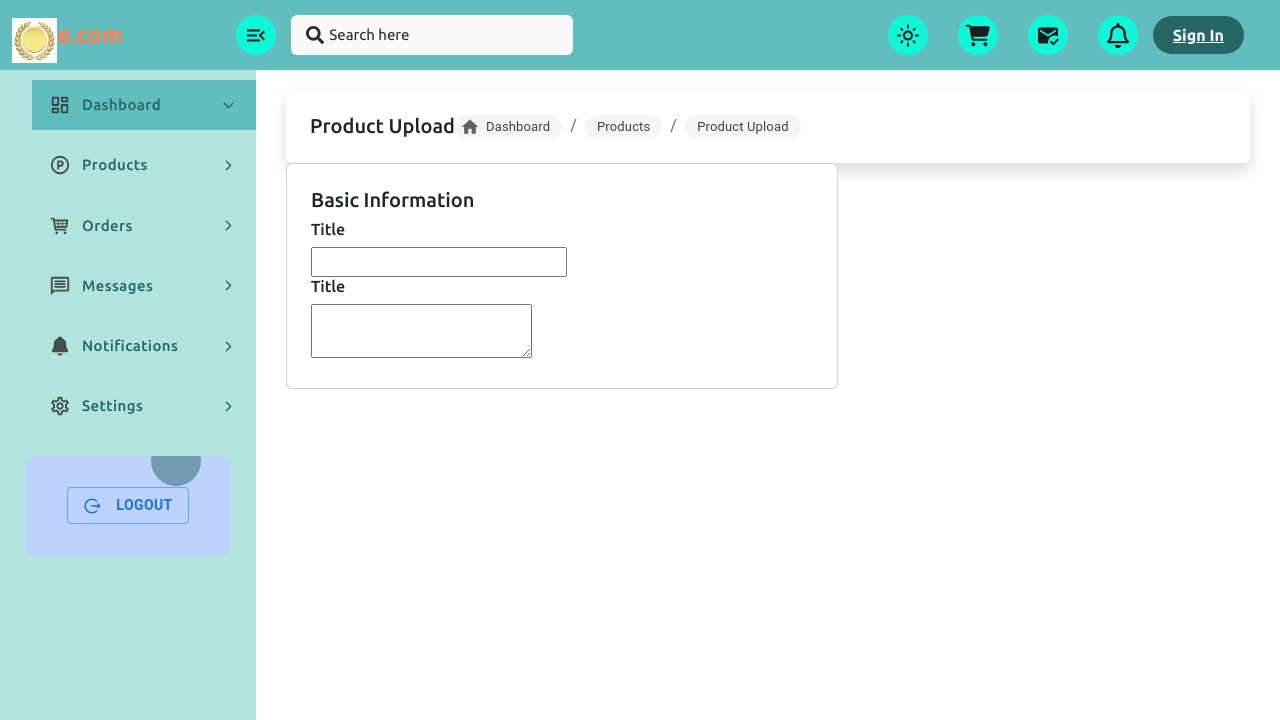
Repository: gautamsonam011/admin-react-dashboard
Page: /product/upload
These files come from the project's save history. The page is drawn as it stood at one moment and after the next save; the edit follows.
The browser window is 1280 px wide. The pictures show the whole page.
The project was rebuilt for these pictures with package versions that can differ from the ones it lists, and the page was loaded fresh each time. Also part of the build but not shown: src/components/DashboardBox.jsx, src/pages/Dashboard/Dashboard.jsx, src/pages/Login/index.jsx, src/pages/SignUp/index.jsx, src/pages/ProductDetails/index.jsx.

Above is the page before, as saved 2025-04-29 22:52:20.

### src/App.css
@import url('https://fonts.googleapis.com/css2?family=Ubuntu:ital,wght@0,300;0,400;0,500;0,700;1,300;1,400;1,500;1,700&display=swap');

body{
  font-family: "Ubuntu", sans-serif !important;
  background-color: #f4f8f7;

}
body.dark{background: #071739 !important;}

header{
  width:100%;
  height: 70px;
  background-color:#62bebe;
  position: fixed;
  top:0px;
  left:0px;
  z-index: 1000;
}
header .logo{
  text-decoration: none;
}
header .logo img{
  margin-top: 10px;
  width:45px;

}

header .logo span{
color: coral;
font-weight: bolder;
font-size: 24px;
}
body.dark header{background:#112143;}

header button.rounded-circle{min-width:40px !important; width:40px !important; height: 40px !important; background-color:#0ff7d8 !important; margin: 15px;}
header button.rounded-circle svg{color:rgb(29, 27, 27); font-size: 25px !important; transition: all 0.2s ease-in-out;}
header button.rounded-circle:hover svg{color: #2585d4 !important;}
.searchBox{width:400px; height: 40px; background-color:#faf9f9; border-radius: 6px;padding: 3px 15px;}
.searchBox input{background: transparent;border:0px; outline:none; padding-left: 5px; font-size: 15px; color:#292929}
.searchBox input::-webkit-input-placeholder{color:#292929}
.searchBox svg{font-size: 18px; color:#292929 ;}
body.dark .searchBox{background: #0d224e !important;}
body.dark .searchBox input, body.dark .searchBox input::-webkit-input-placeholder{color: #c9c0c0 !important;}
body.dark header .logo span{color:#fff !important; opacity: 0.8;}

.userImg{display: flex; align-items:center; justify-content: center; overflow: hidden; width:40px; height: 40px; border:1px solid #0ff7d8; padding: 2px; border-radius: 100%;}
.userImg .rounded-circle{display: flex; align-items:center; justify-content: center; overflow: hidden; width: 40px; height: 40px; cursor: pointer; position: relative;}
.userImg .rounded-circle .img{object-fit: cover; width: 100%;}
.userInfo{padding-left: 10px;}
.userInfo h5{font-size: 15px; font-weight: 600; margin-bottom:0px; color: #266666;}

body.dark .myAccount .userInfo *{color: rgba(255, 255, 255, 0.8) !important;}
body.dark .MuiPaper-elevation{background: #12254e !important;}
body.dark .MuiPaper-elevation li *{color: rgba(255, 255, 255, 0.8) !important;}
body.dark .dropdown_list li.MuiButtonBase-root{background-color: #12254e !important; background: #12254e !important;}
body.dark .orders{color: rgba(255, 255, 255, 0.8) !important;}
body.dark #account-menu{color: rgba(255, 255, 255, 0.8) !important;}
body.dark .main .sidebarWrapper .sidebar{background: #112143 !important;}
body.dark .main .sidebarWrapper .sidebar ul li button{color:rgba(255, 255, 255, 0.8) !important}
body.dark .main .sidebarWrapper .sidebar ul li button .icon svg{color:rgba(255, 255, 255, 0.8) !important;}
body.dark .main .sidebar ul li button:hover{background: rgba(255, 255, 255, 0.8) !important;}
#account-menu li{font-size: 14px !important;}
#account-menu li svg{font-size: 20px !important}

.dropdown-info{padding-left: 6px;}
.dropdown-info h4{font-size: 15px; font-weight:600;margin-top: 2px; white-space: break-space; line-height: 21px;}
.dropdown-info p{font-size: 10px; color: #2585d4;}

body.dark header button.rounded-circle{background: #12254e !important;}
body.dark header button.rounded-circle svg{color:#fff !important;}
/* Style for sidebar  */

.main .sidebarWrapper{width: 20%; flex: 0 0 20%; transition: all 0.3s ease-in-out;}
.main .sidebarWrapper.toggle{width: 0%; flex: 0 0 0%;}
.btn-signin{padding: 7px 20px !important; background:#266666 !important; color: #f4f8f7 !important; font-weight: bold !important; border-radius:20px !important;}
.main .sidebarWrapper .sidebar{width:20%; height: 100vh; max-height: calc(100%-70px); position:fixed; top: 70px; left:0px; background:#b1e4dd; overflow-y: scroll; overflow-x: hidden; padding-bottom: 40px; transition: all 0.3s ease-in-out;}
.main .sidebarWrapper.toggle .sidebar{left:-100%;}

.main .sidebarWrapper .sidebar::-webkit-scrollbar-thumb{background: transparent !important; width:3px;}
.main .sidebarWrapper:hover .sidebar::-webkit-scrollbar{ background:#2585d4; width:3px;}
.main .sidebarWrapper .sidebar ul{margin-bottom:0px;}
.main .sidebarWrapper .sidebar ul li{list-style: none; margin-top:10px;}
.main .sidebarWrapper .sidebar ul li button{color:#266666; text-align: left; justify-content: left; border-radius:0px !important; padding: 12px 15px !important;
  align-items: center; text-transform: capitalize !important;font-family: "Ubuntu", sans-serif !important;
  margin-left: 0px; font-size: 15px !important;
}
.main .sidebarWrapper .sidebar ul li button .icon{display: flex; align-items:center; justify-content: center; width:25px; height:25px; margin-right: 10px;}
.main .sidebarWrapper .sidebar ul li button .icon svg{color:#292929; opacity: 0.8; font-size: 22px;}
.main .sidebarWrapper .sidebar ul li button .arrow{margin-left: auto; display: flex; align-items: center; justify-content: center; width: 25px; transition: all 0.3s ease-in-out}
.main .sidebarWrapper .sidebar ul li button:hover{background:#62bebe !important;}
.main .sidebarWrapper .sidebar ul li button.active{background: #62bebe !important;}
.main .sidebarWrapper .sidebar ul li button.active .arrow{transform: rotate(90deg);}

.main .sidebarWrapper .sidebar ul .submenu{padding: 0px 45px; position:relative; height:auto;}
.main .sidebarWrapper .sidebar ul .submenu::before{content:''; width:1px; height: 95%; position: absolute; top:0px; left:25px; background:rgba(0, 0, 0, 0.1);}
body.dark .main .sidebarWrapper .sidebar ul .submenu::before{color:rgba(255, 255, 255, 0.2) !important}

.main .sidebarWrapper .sidebar ul .submenu li{width:100%; list-style: none;}
.main .sidebarWrapper .sidebar ul .submenu li a{color:#266666 !important; text-decoration: none; font-family: "Ubuntu", sans-serif !important;
display: block; padding: 6px 0px; font-size: 14px !important; font-weight: 500; transition:all 0.3s}
.main .sidebarWrapper .sidebar ul .submenu li a:hover{color:#2585d4 !important;}
body.dark .main .sidebarWrapper .sidebar ul .submenu li a:hover{color:#2585d4 !important;}
body.dark .main .sidebarWrapper .sidebar ul .submenu li a{color: rgba(255, 255, 255, 0.8) !important;}
.main .sidebarWrapper .sidebar ul .submenuWrapper{transition:all 0.3s ease-in-out; height: 0px; overflow: hidden; }
.main .sidebarWrapper .sidebar ul .submenuWrapper.colapsed .submenu{opacity:0;}

.main .sidebarWrapper .sidebar ul .submenuWrapper.colapse{height:auto; overflow: inherit;}
.main .sidebarWrapper .sidebar ul .submenuWrapper.colapse .submenu{opacity:1; height:auto;}

.logoutWrapper{padding: 0px 25px;}
.logoutWrapper .logoutBox{width:100%; height:100px; padding: 25px; background:#bcd2fd; border-radius:10px; margin-bottom:20px; display:flex; align-items: center; justify-content: center;
position:relative; overflow:hidden;}
.logoutWrapper .logoutBox::before{content:''; width:50px; height:50px; background:#266666; border-radius: 100%; position:absolute; top: -20px; right: 30px; opacity:0.5}
.logoutWrapper .logoutBox::after{content:''; width:30px; height:30px; background:#266666; border-radius: 100%; position:absolute; top: -30px; left: 30px; opacity:0.5}
.logoutWrapper .logoutBox button{font-size:14px !important; font-weight: 600 !important; }
.logoutWrapper .logoutBox button svg{margin-right: 15px; font-size:18px;}

body.dark .logoutWrapper .logoutBox{background-image: linear-gradient(#183e8c, #163474) !important; background: transparent;}

.main .content{width:80%; flex: 0 0 80%; transition: all 0.3s ease-in-out;}
.main .content.toggle{width:100%; flex: 0 0 100%;}

.dashboardBoxWrapperRow{margin-left: 20%;}
.right-content{padding: 90px 30px;}
.dashboardBoxWrapper{gap: 15px; width:100%; flex-wrap: wrap;}
.dashboardBoxWrapper .dashboardBox{width:48%; height: 170px; border-radius:10px; overflow: hidden; padding:20px; display: flex; flex-direction: column; justify-content: space-around; text-align: left !important; justify-content: flex-start;}
.dashboardBoxWrapperRow .box{width:100%; height: 100%; background:#0ff7d8;}

.dashboardBoxWrapper .dashboardBox .col1 h4{font-size: 20px; font-weight: 600;}
.dashboardBoxWrapper .dashboardBox .col1 span{font-size: 40px; font-weight: bold;}
.dashboardBoxWrapper .dashboardBox .icon { margin-left: 180px; display: flex; align-items:center; justify-content: center; width:45px; height: 45px; border-radius:5px; background-image: linear-gradient(to bottom right, rgba(0, 0, 0, 0), rgba(0, 0, 0, 0.2));}
.dashboardBoxWrapper .dashboardBox .icon svg{font-size: 45px; opacity: 0.1; color:#f4f8f7}

.dashboardBoxWrapper .dashboardBox button.toggleIcon {font-size: 22px; color:rgba(0,0,0,0.5); cursor: pointer; min-width: 40px !important; width: 40px !important; height: 40px !important; border-radius: 50% !important; margin-left: 170px; border-right: none; opacity: 0.3;}

.dashboardBoxWrapperRow .dashboardBoxWrapper .dashboardBox .chart{position:absolute; opacity: 0.1;}
.dashboardBoxWrapperRow .dashboardBoxWrapper .dashboardBox .chart svg{font-size: 150px; color: #000;}

/*  style for Login page */

.loginSection{
  width: 100%; height: 120hv; padding: 35px 25px;
  background:#f4f8f7; position: relative;
}
.loginbgimage{width:100%; height: 100%; opacity: 0.4; position: fixed; top: 0; left: 0; z-index: 99; pointer-events: none;}
.loginSection .loginBox{width: 400px; height: auto; margin: auto;}
.loginSection .loginBox .wrapper{width:100%; height: auto; background: #98becf;}
.full{max-width: 100% !important; flex: 0 0 100% !important; width: 100% !important;}
.loginSection .loginBox .wrapper .form-control{box-shadow: none !important; outline: none !important; padding-left: 40px;}
.loginSection .loginBox .wrapper .form-control:focus{border: 1px solid #0858f7 !important;}
.loginSection .loginBox .wrapper .form-group .icon{position: absolute; top: 6px; left: 15px; z-index: 100;}
.loginSection .loginBox .wrapper .form-group.focus .icon svg{color:#0858f7 !important;}
.loginSection .loginBox .wrapper .form-group .icon svg{color:#5e5d72;}
.toggleShowPassword{position: absolute; top: 5px; right: 10px; cursor: pointer;}
.toggleShowPassword svg{font-size: 22px;}
.btn-big{padding: 8px 25px !important; background:#0858f7 !important; color:#b1e4dd !important; font-size: 16px !important;}
.forgotPassword{color: #5e5d72; text-decoration: none;}
.forgotPassword:hover{color:#0858f7 !important;}
.loginSection .loginBox .wrapper .link{font-size: 14px;}
.loginSection .loginBox .wrapper .or span.line{display: block; width: 35%; height: 1px; background: rgba(0, 0, 0, 0.2);}
.loginSection .loginBox .wrapper .or span.txt{display: flex; align-items: center; justify-content: center; font-size: 16px; font-weight: 600; width: 50px; height: 50px; border: 1px solid rgba(0, 0, 0, 0.2); border-radius: 50%;}
.loginSection .loginBox .wrapper .form-group{margin-bottom: 12px;}
.loginwithGoogle{text-transform: capitalize !important; font-weight: bold !important;}
/* Registration Form */
.signupSection{background: #f1f1f1 !important; padding: 0px 0px; height: auto !important;}
.signupSection .loginBox{background: #f0f0f0 !important; position:relative; z-index: 100; width:100% !important; padding: 5px 25px !important;}
.signupSection .loginBox .wrapper{border: 0px !important; background: transparent !important; padding-top: 10px !important;}
.signupSection .part1{padding-left: 100px; margin-top: 150px !important; padding-right: 100px; }

h1, h2, h3, h4, h5, h6, p{color:#403e57;}
.signupSection .part1 h1{font-size: 40px; font-weight: bolder;}
.signupSection .part1 p{ font-size: 18px; font-weight: 600;}

### src/components/Sidebar/index.jsx
import Button from '@mui/material/Button';
import { RiDashboardLine } from "react-icons/ri";
import { IoIosArrowForward } from "react-icons/io";
import { TbBrandProducthunt } from "react-icons/tb";
import { TiShoppingCart } from "react-icons/ti";
import { MdOutlineMessage } from "react-icons/md";
import { IoNotifications } from "react-icons/io5";
import { MdOutlineSettings } from "react-icons/md";
import { Link } from 'react-router-dom';
import React, { useState} from "react";
import { RiLogoutCircleRLine } from "react-icons/ri";
// import { MyContext } from '../../App';

const Sidebar = () =>{
    const [activeTab, setActiveTab] = useState(0);
    const [isToggleSubmenu, setIsToggleSubmenu] = useState(false);

    // const context = useContext(MyContext);

    const isOpenSubmenu = (index) =>{
        setActiveTab(index);
        setIsToggleSubmenu(!isToggleSubmenu);


    }

    return(
        <div className="sidebar">
            <ul>
                <li>
                    <Link to="/">
                    <Button className={`w-100 ${activeTab === 0 ? 'active' : ''}`} onClick={()=>isOpenSubmenu(0)}>
                        <span className='icon'><RiDashboardLine/></span>
                        Dashboard
                        <span className="arrow"><IoIosArrowForward/></span>
                    </Button>
                    </Link>
                </li>
                <li>
                    <Button className={`w-100 ${activeTab === 1 && isToggleSubmenu===true ?  'active' : ''}`} onClick={()=>isOpenSubmenu(1)}>
                        <span className='icon'><TbBrandProducthunt/></span>
                        Products
                        <span className="arrow"><IoIosArrowForward/></span>
                    </Button>
                    <div className={`submenuWrapper ${activeTab===1 && isToggleSubmenu===true ? 'colapse':'colapsed'}`}>
                    <ul className='submenu'>
                        <li><Link to="/product/upload">Product Add</Link></li>
                        <li><Link to="#">Product List</Link></li>
                        <li><Link to="#">Product View</Link></li>
                    </ul>
                    </div>
                </li>
                <li>
                    <Link to="/">
                    <Button className={`w-100 ${activeTab === 2 ? 'active' : ''}`} onClick={()=>isOpenSubmenu(2)}>
                        <span className='icon'><TiShoppingCart/></span>
                        Orders
                        <span className="arrow"><IoIosArrowForward/></span>
                    </Button>
                    </Link>
                </li>
                <li>
                    <Link to="/">
                    <Button className={`w-100 ${activeTab === 3 ? 'active' : ''}`} onClick={()=>isOpenSubmenu(3)}>
                        <span className='icon'><MdOutlineMessage/></span>
                        Messages
                        <span className="arrow"><IoIosArrowForward/></span>
                    </Button>
                    </Link>
                </li>
                <li>
                    <Link to="/">
                    <Button className={`w-100 ${activeTab === 4 ? 'active' : ''}`} onClick={()=>isOpenSubmenu(4)}>
                        <span className='icon'><IoNotifications/></span>
                        Notifications
                        <span className="arrow"><IoIosArrowForward/></span>
                    </Button>
                    </Link>
                </li>
                <li>
                    <Link to="/">
                    <Button className={`w-100 ${activeTab === 5 ? 'active' : ''}`} onClick={()=>isOpenSubmenu(5)}>
                        <span className='icon'><MdOutlineSettings /></span>
                        Settings
                        <span className="arrow"><IoIosArrowForward/></span>
                    </Button>
                    </Link>
                </li>
            </ul>
            <br/>
            <div className="logoutWrapper">
                <div className="logoutBox">
            <Button variant="outlined"> <RiLogoutCircleRLine/>Logout</Button>
            </div>
            </div>
        </div>
    )
}

export default Sidebar

### src/pages/ProductUpload/index.jsx
import { Breadcrumbs } from "@mui/material"
import HomeIcon from '@mui/icons-material/Home';
import ExpandMoreIcon from '@mui/icons-material/ExpandMore';
import StyledBreadcrumb from '../../components/StyledBreadcrumb';

const ProductUpload = () =>{

    return (
        <div className="right-content w-100">
            <div className="card shadow border-0 w-100 flex-row p-4">
                <h5 className="mb-0">Product Upload</h5>
                <Breadcrumbs aria-label="breadcrumb" className="ml-auto breadcrumbs_">
                <StyledBreadcrumb
                component="a"
                href="#"
                label="Dashboard"
                icon={<HomeIcon fontSize="small" />}
                />
                <StyledBreadcrumb
                    component="a"
                    label="Products"
                    href="#"
                    deleteIcon={< ExpandMoreIcon/>}
                />
                <StyledBreadcrumb
                    label="Product Upload"
                    deleteIcon={<ExpandMoreIcon/>}
                 />
                </Breadcrumbs>

            </div>
            <form>
            <div className="row">
                <div className="col-sm-7">
                    <div className="card p-4">
                        <h5 >Basic Information</h5>
                        <div className="form-group">
                            <h6>Title</h6>
                            <input type="text" />
                        </div>
                        <div className="form-group">
                            <h6>Title</h6>
                            <textarea />
                        </div>
                    </div>
                </div>
                <div className="col-sm-5">

                </div>
            </div>
            </form>
        </div>
    )
}

export default ProductUpload;

### src/components/SearchBox.jsx
import { FaSearch } from "react-icons/fa";

const SearchBox = () =>{
    return (
        <div className="searchBox position-relative d-flex align-items-center">
            <FaSearch className="mr-2" />
            <input type="text" placeholder="Search here"  />
        </div>
    )
}

export default SearchBox;

### src/components/StyledBreadcrumb.jsx
// components/StyledBreadcrumb.js
import React from 'react';
import { styled } from '@mui/material/styles';
import Chip from '@mui/material/Chip';

const StyledBreadcrumb = styled(Chip)(({ theme }) => ({
  backgroundColor: theme.palette.grey[100],
  height: theme.spacing(3),
  color: theme.palette.grey[800],
  fontWeight: theme.typography.fontWeightRegular,
  '&:hover, &:focus': {
    backgroundColor: theme.palette.grey[300],
  },
  '&:active': {
    boxShadow: theme.shadows[1],
    backgroundColor: theme.palette.grey[400],
  },
}));

export default StyledBreadcrumb;

Loaded but not shown: public/index.html (common file); src/index.js (common file); src/reportWebVitals.js (common file); src/App.js (84 lines, source omitted); src/components/Header/index.jsx (239 lines, source omitted)

After the next save:
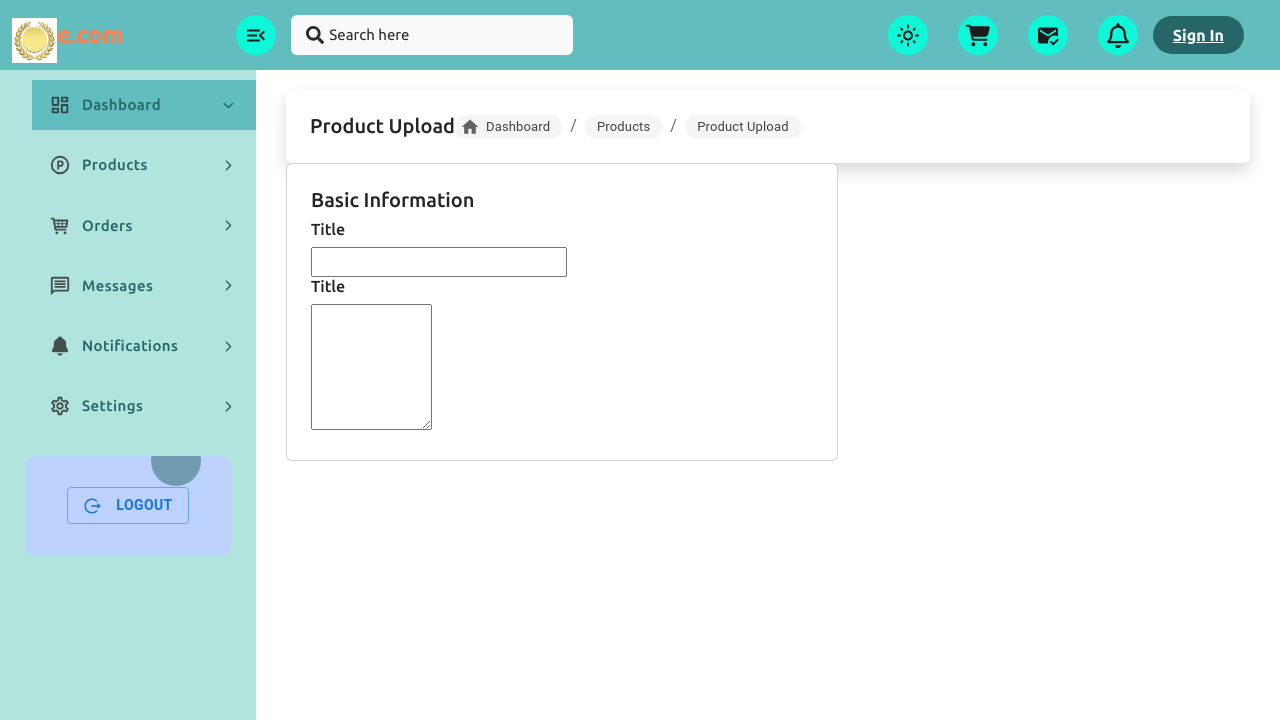
Saved 44 s later.
--- a/src/pages/ProductUpload/index.jsx
+++ b/src/pages/ProductUpload/index.jsx
@@ -40,7 +40,7 @@ const ProductUpload = () =>{
                         </div>
                         <div className="form-group">
                             <h6>Title</h6>
-                            <textarea />
+                            <textarea rows={5} cols={10} />
                         </div>
                     </div>
                 </div>
